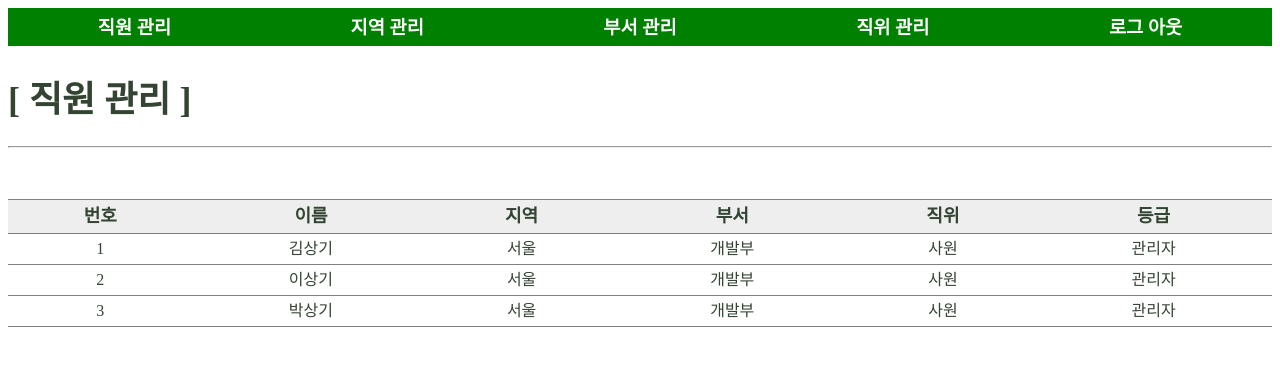
Repository: Umkimisstrong/UM_SpringMVCStudy
Page: http://localhost/mvc04/WEB-INF/view/EmpList.jsp
An editor plug-in stored every save of this project. The page is shown before and after a run of saves, followed by the edit.
The browser window is 1280 px wide. The pictures show the whole page.
The page is served by Tomcat 9. Nobody is signed in. The template is opened directly, without the code that normally fills it, so the values that code supplies are empty.

Above is the page before, as saved 2022-06-02 03:04:53.

After the next 2 saves:
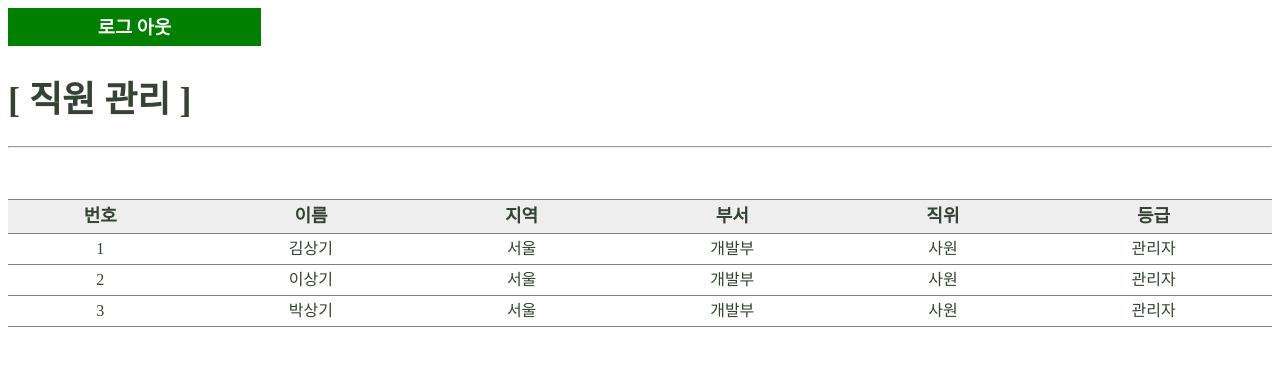
The 2 saves are shown as one change because 1 did not build or start.
The last was saved 39 s later.
--- a/mvc04/WebContent/WEB-INF/view/EmployeeMenu.jsp
+++ b/mvc04/WebContent/WEB-INF/view/EmployeeMenu.jsp
@@ -25,7 +25,9 @@
 	<ul>
 		<c:choose>
 			<c:when test="${sessionScope.admin==null }">
-		<li>
+			</c:when>
+			<c:otherwise>
+				<li>
 			<a href="employeelist.action" class="menu">직원 관리</a>
 		</li>
 
@@ -40,7 +42,8 @@
 		<li>
 			<a href="positionlist.action" class="menu">직위 관리</a>
 		</li>
-			</c:when>
+			</c:otherwise>
+
 		</c:choose>
 
 

After the 2 saves that followed:
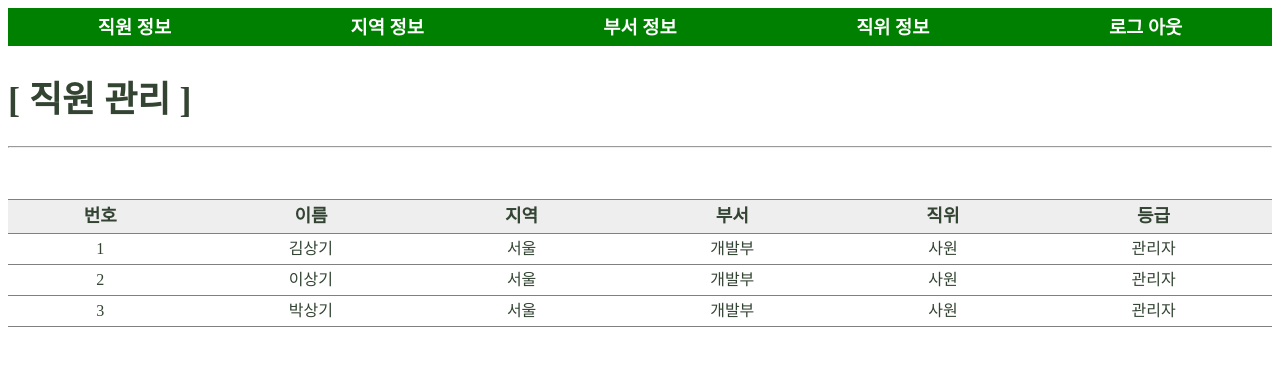
The 2 saves are shown as one change because 1 left the picture as it was.
The last was saved 72 s later.
--- a/mvc04/WebContent/WEB-INF/view/EmployeeMenu.jsp
+++ b/mvc04/WebContent/WEB-INF/view/EmployeeMenu.jsp
@@ -25,23 +25,39 @@
 	<ul>
 		<c:choose>
 			<c:when test="${sessionScope.admin==null }">
+			<li>
+				<a href="emplist.action" class="menu">직원 정보</a>
+			</li>
+
+			<li>
+				<a href="reglist.action" class="menu">지역 정보</a>
+			</li>
+
+			<li>
+				<a href="deptlist.action" class="menu">부서 정보</a>
+			</li>
+
+			<li>
+				<a href="poslist.action" class="menu">직위 정보</a>
+			</li>
+
 			</c:when>
 			<c:otherwise>
-				<li>
-			<a href="employeelist.action" class="menu">직원 관리</a>
-		</li>
+			<li>
+				<a href="employeelist.action" class="menu">직원 관리</a>
+			</li>
 
-		<li>
-			<a href="regionlist.action" class="menu">지역 관리</a>
-		</li>
+			<li>
+				<a href="regionlist.action" class="menu">지역 관리</a>
+			</li>
 
-		<li>
-			<a href="departmentlist.action" class="menu">부서 관리</a>
-		</li>
+			<li>
+				<a href="departmentlist.action" class="menu">부서 관리</a>
+			</li>
 
-		<li>
-			<a href="positionlist.action" class="menu">직위 관리</a>
-		</li>
+			<li>
+				<a href="positionlist.action" class="menu">직위 관리</a>
+			</li>
 			</c:otherwise>
 
 		</c:choose>
